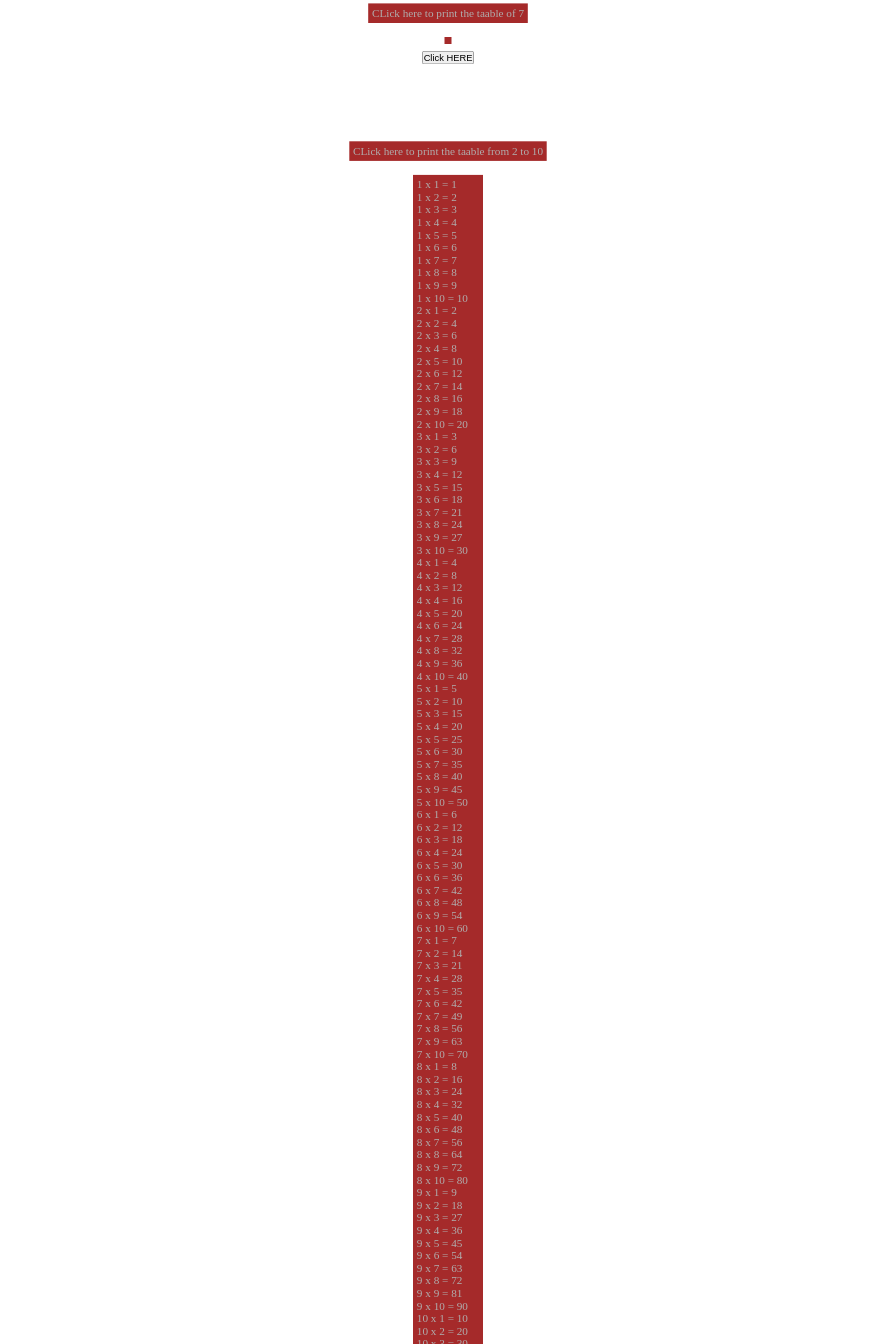
Repository: Aditya0377/Assignments
Page: Assignment/javascript practise/javascript.html
An editor plug-in stored every save of this project. The page is shown before and after the next save, followed by the edit.
The browser window is 1280 px wide. The pictures show the part of the page from y = 517 to 2437 px (the page is 4576 px tall before and 2776 px after), at 70% of full size.
After loading, the first visible `#fourthB` was clicked once.

Above is the page before, as saved 2024-02-17 18:19:33.

### Assignment/javascript practise/javascript.html
<!DOCTYPE html>
<html lang="en">

<head>
    <meta charset="UTF-8">
    <meta name="viewport" content="width=device-width, initial-scale=1.0">
    <title>Javascript practise</title>
    <style>
        * {
            box-sizing: border-box;
            margin: 0px;
            padding: 0px;
        }

        .cont {
            margin-top: 100px;
            display: flex;
            flex-direction: column;
            align-items: center;
            justify-content: center;
        }

        p {
            background-color: brown;
            color: rgb(176, 173, 173);
            padding: 5px;
            margin: 10px;
        }
    </style>
</head>

<body>
    <div class="cont">
        <p>Click the button to get numbers from one to ten</p>
        <p id="first"></p><br>
        <button id="firstB" onclick="firstfunc()">CLICK HERE</button>
    </div>
    <div class="cont">
        <p>Click here to print all the number odd numbers from 1 to 100</p>
        <p id="second"></p>
        <button id="secondB" onclick="seondFunc()">CLICK HERE</button>
    </div>
    <div class="cont">
        <p>CLick here to print the taable of 7</p>
        <p id="third"></p>
        <button id="thirdB" onclick="thirdfunc()">Click HERE</button>
    </div>
    <div class="cont">
        <p>CLick here to print the taable from 2 to 10</p>
        <p id="fourth"></p>
        <button id="fourthB" onclick="fourthfunc()">Click HERE</button>
    </div>
    <div class="cont">
        <p>click here to print the sum of 1 to 10</p>
        <p id="fifth"></p>
        <button id="fifthB" onclick="fifthfunc()">Click HERE</button>
    </div>
    <div class="cont">
        <p>click here to get a factorial</p>
        <p id="sixth"></p>
        <button id="sixthB" onclick="sixthfunc()">Click HERE</button>

    </div>
    <div class="cont">
        <p>Click here to get the sum of odd numbers from 10 to 30</p>
        <p id="seventh"></p>
        <button id="seventhB" onclick="seventhfunc()">Click HERE</button>

    </div>
    <div class="cont">
        <p>Click here to check wether the number is even or odd</p>
        <p id="eight"></p>
        <button id="eightB" onclick="eightfunc()">Click HERE</button>

    </div>
    <div class="cont">
        <p>Click here to check wether the inpute is palindrom or not</p>
        <p id="nine"></p>
        <button id="nineB" onclick="ninefunc()">Click HERE</button>

    </div>
    <div class="cont">
        <p>Click here to reverse the string</p>
        <p id="tenth"></p>
        <button id="tenthB" onclick="tenthfunc()">Click HERE</button>

    </div>
    <div class="cont">
        <p>Click here to check whther the number is prime or not</p>
        <p id="eleventh"></p>
        <button id="eleventhB" onclick="elevenfunc()">Click HERE</button>

    </div>
    <div class="cont">
        <p>Click here to print numebrs from 1 to 100 </p>
        <p id="twelveth"></p>
        <button id="twelveB" onclick="twelvefunc()">Click HERE</button>

    </div>
    <div class="cont">
        <p>Click here to double the array numbers(put "," between numbers) </p>
        <p id="thirteenth"></p>
        <button id="thirteenB" onclick="thirtfunc()">Click HERE</button>

    </div>
    <div class="cont">
        <p>Click here to find the second largest numebr in array </p>
        <p id="thirteenth"></p>
        <button id="thirteenB" onclick="thirtfunc()">Click HERE</button>

    </div>

    <script>




        function firstfunc() {
            const arr = [];
            for (let i = 1; i <= 10; i++) {
                arr.push(i);
                document.getElementById("first").innerHTML = arr;

            }
        }
        function seondFunc() {
            const arr2 = [];
            for (let i = 1; i < 100; i += 2) {
                arr2.push(i);
                document.getElementById("second").innerHTML = arr2;

            }
        }
        function thirdfunc() {
            let text = document.getElementById("third");
            text.innerHTML = "";
            for (let i = 1; i <= 10; i++) {
                text.innerHTML += i + " x 7 = " + (i * 7) + "<br>";
            }
        }
        function fourthfunc() {
            let text = document.getElementById("fourth");
            text.innerHTML = "";
            for (let i = 1; i <= 10; i++) {
                for (let j = 1; j <= 10; j++) {
                    text.innerHTML += i + " x " + j + " = " + (i * j) + "<br>";
                }
            }
        }
        function fifthfunc() {
            let sum = 0;
            for (let i = 1; i <= 10; i++) {
                sum += i;
                document.getElementById("fifth").innerHTML = (sum);
            }
        }
        function sixthfunc() {
            const number = prompt('Enter a number greater than zero number')
            const fact = factorial(Number(number))
            function factorial(n) {
                if (n < 0) {
                    throw new Error("Factorial is not defined for negative numbers.");
                }
                if (n === 0 || n === 1) {
                    return 1;
                }
                let result = 1;
                for (let i = 2; i <= n; i++) {
                    result *= i;
                }
                return result;


            }
            document.getElementById("sixth").innerHTML = (fact);

        }
        function seventhfunc() {
            let sum = 0;
            for (i = 10; i <= 30; i++) {
                function ODDnum(n) {
                    return n % 2 !== 0;
                }
                if (ODDnum(i)) {
                    sum += i;
                    document.getElementById("seventh").innerHTML = sum;
                }
            }

        }
        //the code  below is for even and odd number checking
        function eightfunc() {
            let num = +prompt('Enter the number:');
            function odd(n) {
                return n % 2 !== 0;
            }

            if (odd(num)) {
                document.getElementById("eight").innerHTML = "the number is odd";
            }
            else {
                document.getElementById("eight").innerHTML = "the number is even";

            }
        }
        // the function below is for checking whether the word is palindrom or not
        function ninefunc() {
            let text1 = prompt('Enter the text');
            let text2 = text1.split("").reverse().join("");
            if (text1 === text2) {
                document.getElementById("nine").innerHTML = "It is a Palindrome";
            }
            else {
                document.getElementById("nine").innerHTML = "It is not Palindrome";
            }

        }
        //a function to reverse string
        function tenthfunc() {
            let text = prompt('Enter a string');
            let text2 = text.split("").reverse().join("");
            document.getElementById("tenth").innerHTML = text2;

        }
        //to check whether the number is prime or not
        function elevenfunc() {
            let num = prompt('Enter the number')
            function isprime(n) {
                if (n <= 1) {
                    return false;
                }
                for (let i = 2; i < n; i++) {
                    if (n % i == 0) {
                        return false;
                    }
                }
                return true;
            }
            return document.getElementById("eleventh").innerHTML = isprime(num);
        }
        //	Write a program that prints the numbers from 1 to 100. But for multiples of three, print
        // “Fizz” instead of the number, and for the multiples of five, print “Buzz”. For numbers that
        // are multiples of both three and five, print “FizzBuzz”.
        function twelvefunc() {

            for (let i = 1; i <= 100; i++) {
                let text = document.getElementById("twelveth");
                if (i % 3 === 0 && i % 5 === 0) {
                    text.innerHTML += "Fizzbuzz" + "<br>";
                }
                else if (i % 3 === 0) {
                    text.innerHTML += "Fizz" + "<br>";
                }
                else if (i % 5 === 0) {
                    text.innerHTML += "Buzz" + "<br>";
                }
                else {
                    text.innerHTML += i + "<br>";
                }
            }

        }
        //29.	 Write a function that takes an array of numbers as input and returns a new array with all the numbers doubled.
        function thirtfunc() {
            let input = prompt("Enter the desired numbers");
            const arr = input.split(",");
            console.log(arr);
            arr.forEach(doubleFunction)
            function doubleFunction(item, index, arr) {
                arr[index] = item * 2;
            }
            document.getElementById('thirteenth').innerHTML = arr;



        }
        // 30.	Write a function that takes an array of numbers as input and returns the second-highest number in the array.
    </script>
</body>

</html>

After the next save:
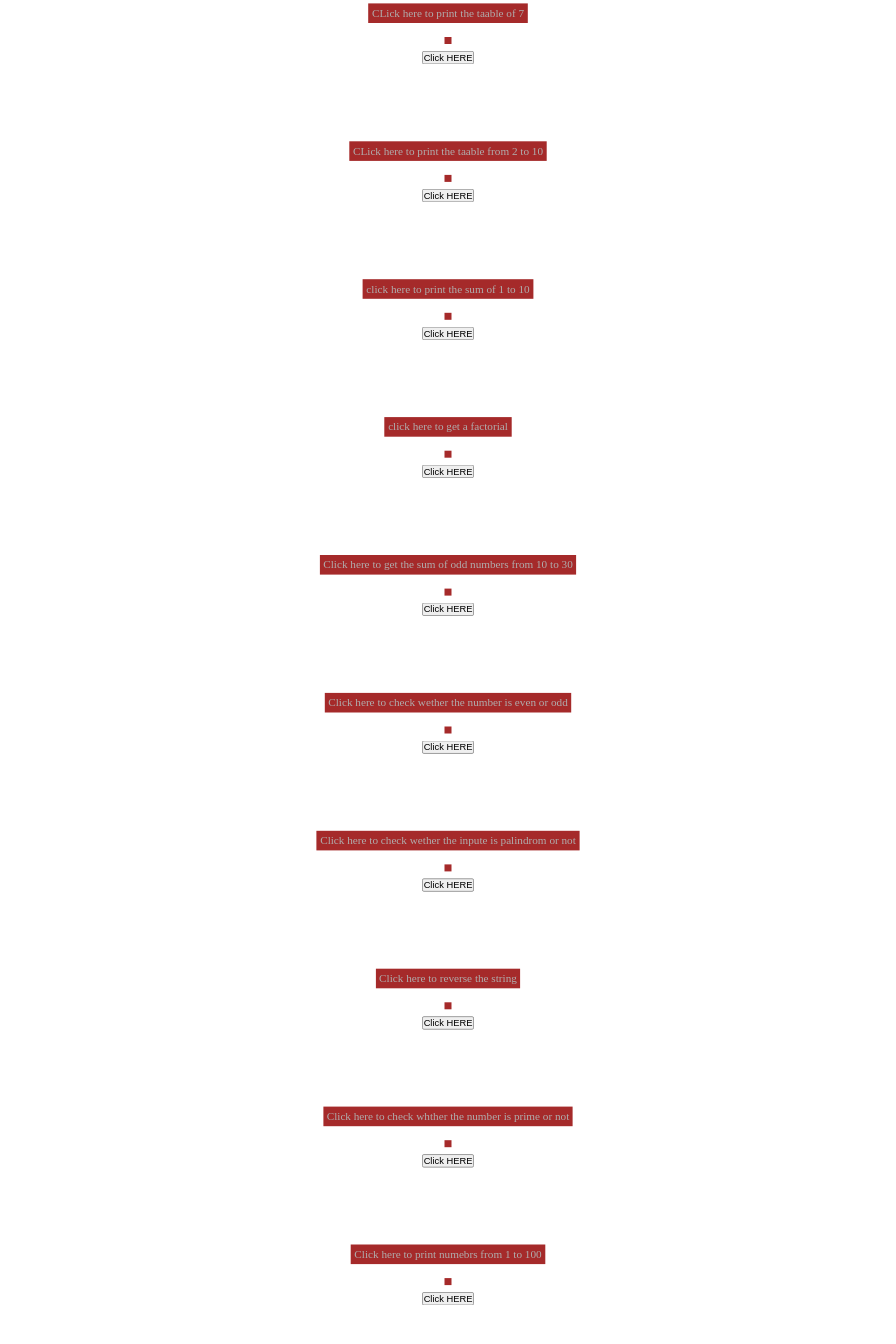
Saved 86 s later.
--- a/Assignment/javascript practise/javascript.html
+++ b/Assignment/javascript practise/javascript.html
@@ -105,8 +105,8 @@
     </div>
     <div class="cont">
         <p>Click here to find the second largest numebr in array </p>
-        <p id="thirteenth"></p>
-        <button id="thirteenB" onclick="thirtfunc()">Click HERE</button>
+        <p id="fourteenth"></p>
+        <button id="fourteenB" onclick="fourtfunc()">Click HERE</button>
 
     </div>
 
@@ -275,6 +275,12 @@
 
         }
         // 30.	Write a function that takes an array of numbers as input and returns the second-highest number in the array.
+        function fourthfunc() {
+            function sortNumbersAscending(array) {
+                array.sort((a, b) => a - b);
+                return array;
+            }
+        }
     </script>
 </body>
 
